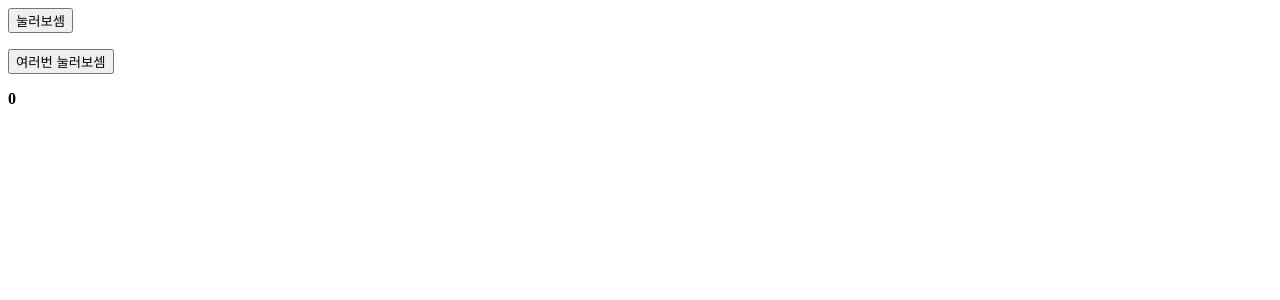
Repository: hyunhee7/angular_work
Page: HelloAngular/WebContent/Step01_click.html
An editor plug-in stored every save of this project. The page is shown before and after the next save, followed by the edit.
The browser window is 1280 px wide. The pictures show the whole page.

Above is the page before, as saved 2017-08-25 01:44:56.

After the next save:
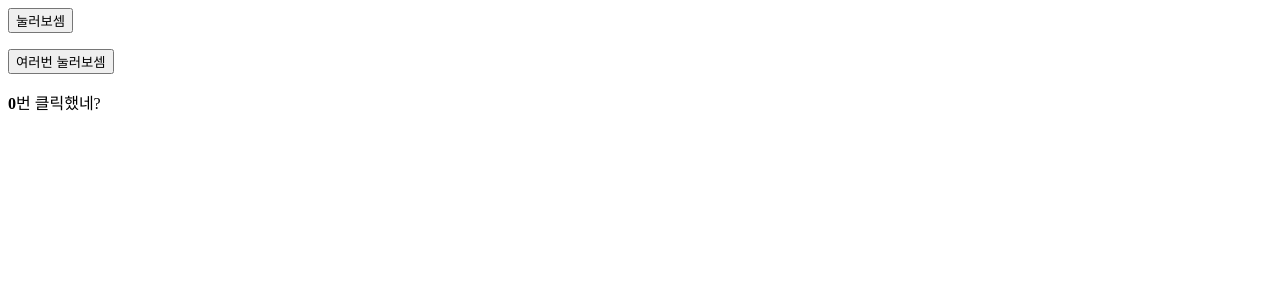
Saved 5 s later.
--- a/HelloAngular/WebContent/Step01_click.html
+++ b/HelloAngular/WebContent/Step01_click.html
@@ -9,6 +9,6 @@
 <button ng-click="msg='clicked'">눌러보셈</button>
 <p>{{msg}}</p>
 <button ng-click="">여러번 눌러보셈</button>
-<p><strong>{{count}}</strong></p>
+<p><strong>{{count}}</strong>번 클릭했네?</p>
 </body>
 </html>
